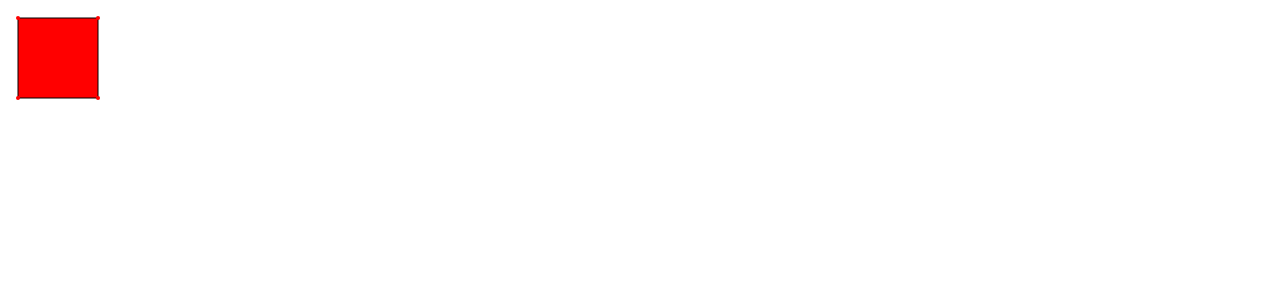
Repository: flyingBirder/webapp
Page: src/views/svg/svg.html
These files come from the project's save history. The page is drawn as it stood at one moment and after the next save; the edit follows.
The browser window is 1280 px wide. The pictures show the whole page.

Above is the page before, as saved 2018-11-19 15:26:32.

After the next save:
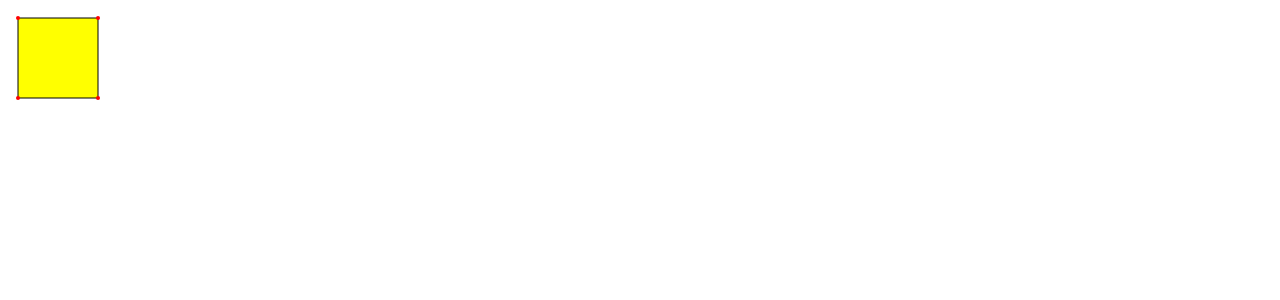
Saved 23 s later.
--- a/src/views/svg/svg.html
+++ b/src/views/svg/svg.html
@@ -15,7 +15,7 @@
       <!-- Points -->
 
       <!-- <path d="M10 10 H 90 V 90 H 10 Z" fill="transparent" stroke="black" /> -->
-      <path d="M10 10 h 80 v 80 h -80 Z" fill="red" stroke="black" />
+      <path d="M10 10 h 80 v 80 h -80 Z" fill="yellow" stroke="black" />
       <circle cx="10" cy="10" r="2" fill="red" />
       <circle cx="90" cy="90" r="2" fill="red" />
       <circle cx="90" cy="10" r="2" fill="red" />
